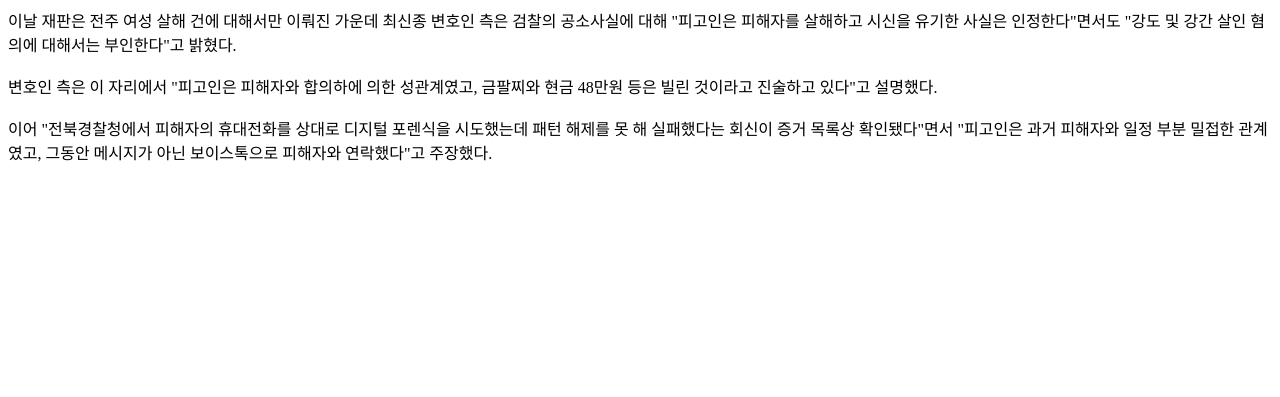
Repository: Chun0903/classStudy_github.io
Page: client/ClientTest/WebContent/ex06_p.html
An editor plug-in stored every save of this project. The page is shown before and after the next save, followed by the edit.
The browser window is 1280 px wide. The pictures show the whole page.

Above is the page before, as saved 2020-06-18 08:12:41.

After the next save:
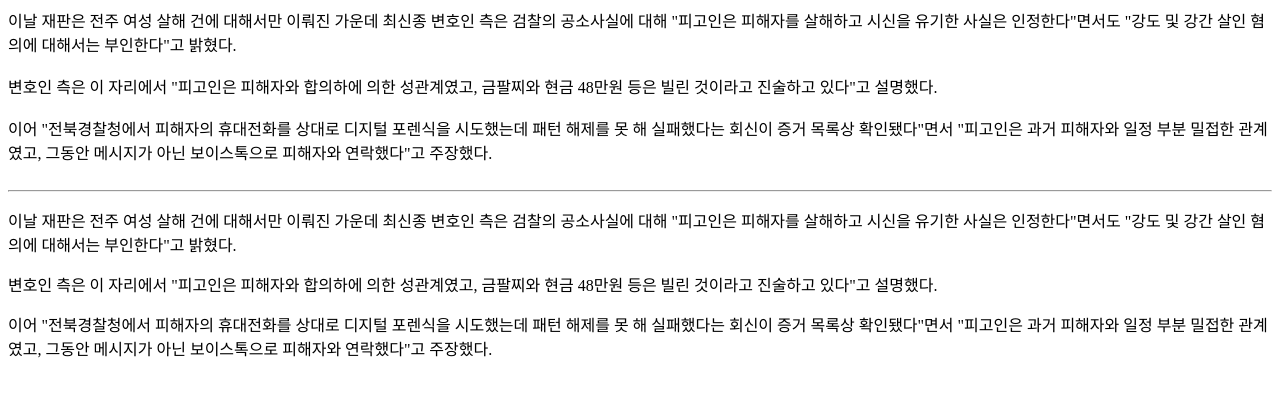
Saved 93 s later.
--- a/client/ClientTest/WebContent/ex06_p.html
+++ b/client/ClientTest/WebContent/ex06_p.html
@@ -14,14 +14,26 @@
 
 
 	-->
-
-	이날 재판은 전주 여성 살해 건에 대해서만 이뤄진 가운데 최신종 변호인 측은 검찰의 공소사실에 대해 "피고인은 피해자를 살해하고 시신을 유기한 사실은 인정한다"면서도
+		이날 재판은 전주 여성 살해 건에 대해서만 이뤄진 가운데 최신종 변호인 측은 검찰의 공소사실에 대해 "피고인은 피해자를 살해하고 시신을 유기한 사실은 인정한다"면서도
 "강도 및 강간 살인 혐의에 대해서는 부인한다"고 밝혔다.<br><br>
 
-변호인 측은 이 자리에서 "피고인은 피해자와 합의하에 의한 성관계였고, 금팔찌와 현금 48만원 등은 빌린 것이라고 진술하고 있다"고 설명했다.<br><br>
+	변호인 측은 이 자리에서 "피고인은 피해자와 합의하에 의한 성관계였고, 금팔찌와 현금 48만원 등은 빌린 것이라고 진술하고 있다"고 설명했다.<br><br>
 
-이어 "전북경찰청에서 피해자의 휴대전화를 상대로 디지털 포렌식을 시도했는데 패턴 해제를 못 해 실패했다는 회신이 증거 목록상 확인됐다"면서 "피고인은 과거 피해자와 일정 부분 밀접한 관계였고,
+	이어 "전북경찰청에서 피해자의 휴대전화를 상대로 디지털 포렌식을 시도했는데 패턴 해제를 못 해 실패했다는 회신이 증거 목록상 확인됐다"면서 "피고인은 과거 피해자와 일정 부분 밀접한 관계였고,
 그동안 메시지가 아닌 보이스톡으로 피해자와 연락했다"고 주장했다.<br><br>
+
+
+
+
+	<hr>
+
+	<p>이날 재판은 전주 여성 살해 건에 대해서만 이뤄진 가운데 최신종 변호인 측은 검찰의 공소사실에 대해 "피고인은 피해자를 살해하고 시신을 유기한 사실은 인정한다"면서도
+"강도 및 강간 살인 혐의에 대해서는 부인한다"고 밝혔다.</p>
+
+	<p>변호인 측은 이 자리에서 "피고인은 피해자와 합의하에 의한 성관계였고, 금팔찌와 현금 48만원 등은 빌린 것이라고 진술하고 있다"고 설명했다.</p>
+
+	<p>이어 "전북경찰청에서 피해자의 휴대전화를 상대로 디지털 포렌식을 시도했는데 패턴 해제를 못 해 실패했다는 회신이 증거 목록상 확인됐다"면서 "피고인은 과거 피해자와 일정 부분 밀접한 관계였고,
+그동안 메시지가 아닌 보이스톡으로 피해자와 연락했다"고 주장했다.</p>
 
 
 </body>
